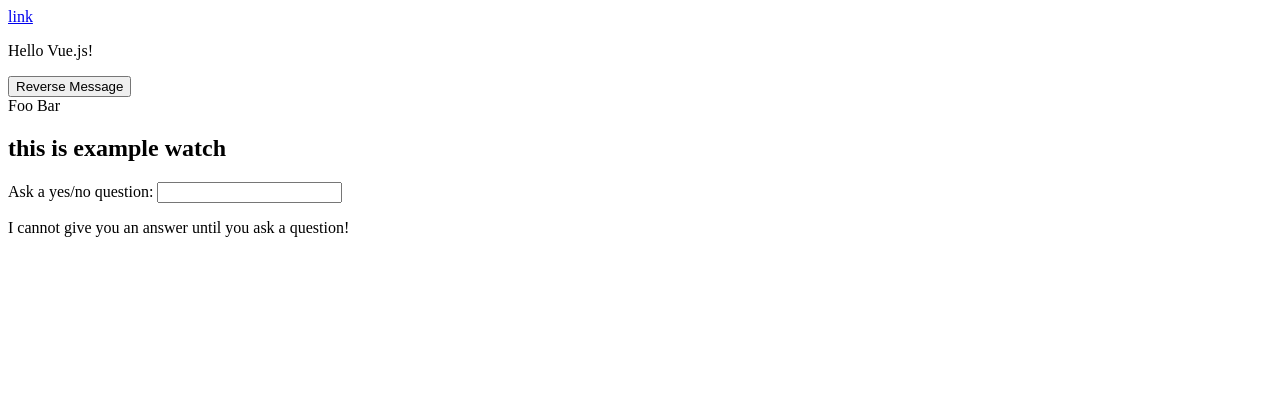
Repository: MeghaNagari/PracticeAtVMC
Page: Practice/VuePractice/WebContent/v1.html
An editor plug-in stored every save of this project. The page is shown before and after the next save, followed by the edit.
The browser window is 1280 px wide. The pictures show the whole page.
Some web libraries are served in a nearby version.

Above is the page before, as saved 2018-03-19 15:52:32.
Console error: SyntaxError: Unexpected token '<'

After the next save:
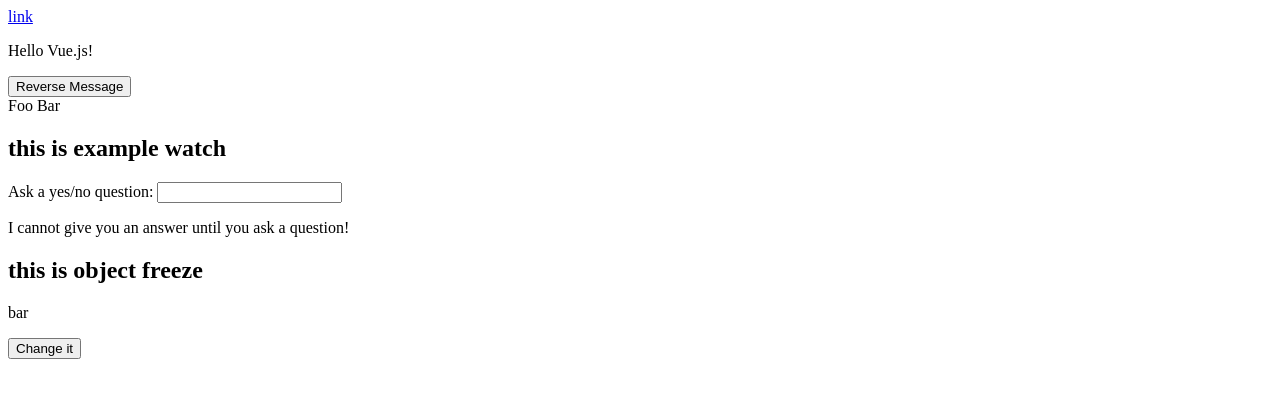
Saved 37 s later.
--- a/Practice/VuePractice/WebContent/v1.html
+++ b/Practice/VuePractice/WebContent/v1.html
@@ -27,6 +27,16 @@
   </p>
   <p>{{ answer }}</p>
 </div>
+
+<h2>this is object freeze</h2>
+
+<div id="app">
+  <p>{{ foo }}</p>
+  <!-- this will no longer update `foo`! -->
+  <button @click="foo = 'baz'">Change it</button>
+</div>
+
+
 
 <script>
 
